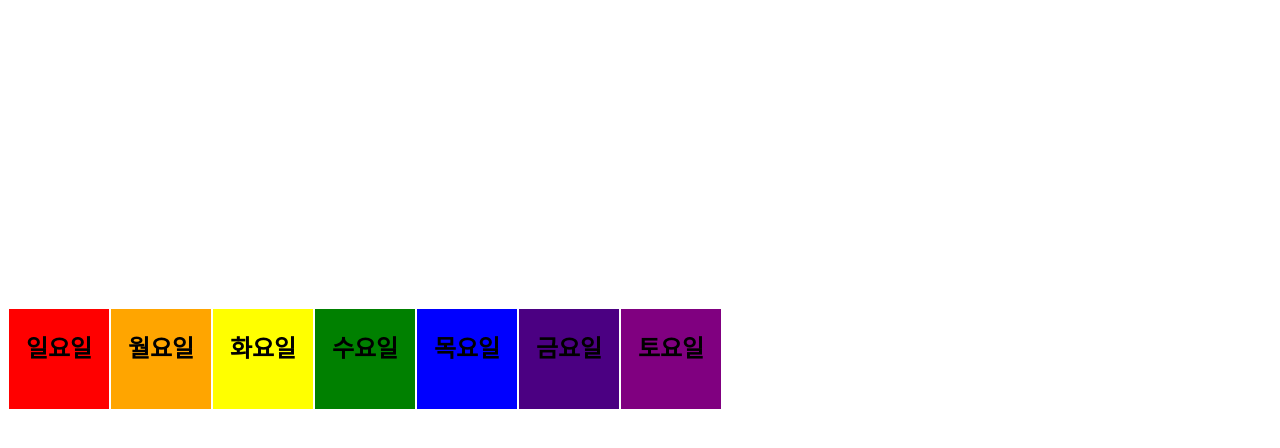
Repository: skim24245/web_workspace_src
Page: Lecture-Web/src/main/webapp/Jquery/html05.html
The author's editor kept a copy of each file at every save. The page is drawn from the files as they stood at one save, then again after the next save.
The browser window is 1280 px wide. The pictures show the whole page.

Above is the page before, as saved 2022-05-30 10:11:01.

### Lecture-Web/src/main/webapp/Jquery/html05.html
<!DOCTYPE html>
<html>
<head>
<meta charset="UTF-8">
<title>Insert title here</title>

<style>
div {
	height: 100px;
	width: 100px;
	float: left;
	display: flex;
	justify-content: center;
	align-content: center;
	border: 1px solid white;
	margin-top: 300px;
}

h2 {
	text-align: center;
}

.sun {
	width: 100px;
	height: 100px;
	background-color: red;
	position: relative;
}

.mon {
	width: 100px;
	height: 100px;
	background-color: orange;
	position: relative;
}

.tue {
	width: 100px;
	height: 100px;
	background-color: yellow;
	position: relative;
}

.wed {
	width: 100px;
	height: 100px;
	background-color: green;
	position: relative;
}

.thu {
	width: 100px;
	height: 100px;
	background-color: blue;
	position: relative;
}

.fri {
	width: 100px;
	height: 100px;
	background-color: indigo;
	position: relative;
}

.sat {
	width: 100px;
	height: 100px;
	background-color: purple;
	position: relative;
}

.sun {
	width: 100px;
	height: 100px;
	background-color: red;
	position: relative;
}
</style>
<script src="https://code.jquery.com/jquery-3.6.0.js"></script>

<script>
	$(document).ready(function() {

		$('.sun').mouseover(function() {
			$(this).css("width", "150px")
			$(this).css("height", "150px")
			$(this).html("일요일")
		})

		$('.sun').mouseleave(function() {
			$(this).css("width", "50px")
			$(this).css("height", "50px")
			$(this).html("일요일")
		})

		$('.mon').mouseover(function() {
			$(this).css("width", "150px")
			$(this).css("height", "150px")
			$(this).html("월요일")
		})

		$('.mon').mouseleave(function() {
			$(this).css("width", "50px")
			$(this).css("height", "50px")
			$(this).html("월요일")
		})

		$('.tue').mouseover(function() {
			$(this).css("width", "150px")
			$(this).css("height", "150px")
			$(this).html("화요일")
		})

		$('.tue').mouseleave(function() {
			$(this).css("width", "50px")
			$(this).css("height", "50px")
			$(this).html("화요일")
		})
		$('.wed').mouseover(function() {
			$(this).css("width", "150px")
			$(this).css("height", "150px")
			$(this).html("수요일")
		})

		$('.wed').mouseleave(function() {
			$(this).css("width", "50px")
			$(this).css("height", "50px")
			$(this).html("수요일")
		})

		$('.thu').mouseover(function() {
			$(this).css("width", "150px")
			$(this).css("height", "150px")
			$(this).html("목요일")
		})

		$('.thu').mouseleave(function() {
			$(this).css("width", "50px")
			$(this).css("height", "50px")
			$(this).html("목요일")
		})
		$('.fri').mouseover(function() {
			$(this).css("width", "150px")
			$(this).css("height", "150px")
			$(this).html("금요일")
		})
		$('.fri').mouseleave(function() {
			$(this).css("width", "50px")
			$(this).css("height", "50px")
			$(this).html("금요일")
		})
		$('.sat').mouseover(function() {
			$(this).css("width", "150px")
			$(this).css("height", "150px")
			$(this).html("토요일")
		})
		$('.sat').mouseleave(function() {
			$(this).css("width", "50px")
			$(this).css("height", "50px")
			$(this).html("토요일")
		})
	})
</script>
</head>
<body>

	<div class="sun">
		<h2>일요일
	</div>
	<div class="mon">
		<h2>월요일
	</div>
	<div class="tue">
		<h2>화요일
	</div>
	<div class="wed">
		<h2>수요일
	</div>
	<div class="thu">
		<h2>목요일
	</div>
	<div class="fri">
		<h2>금요일
	</div>
	<div class="sat">
		<h2>토요일
	</div>


</body>
</html>

After the next save:
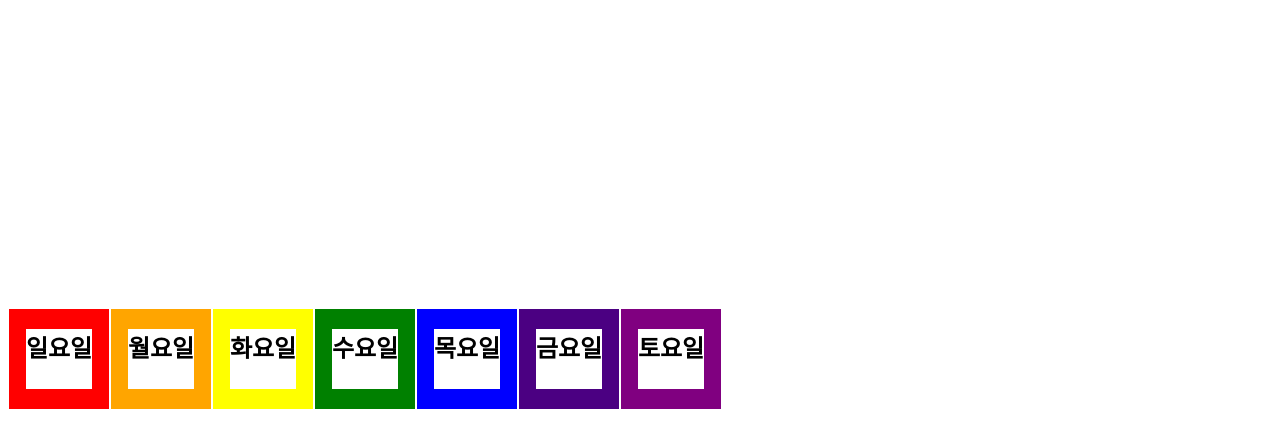
Saved 18 s later.
--- a/Lecture-Web/src/main/webapp/Jquery/html05.html
+++ b/Lecture-Web/src/main/webapp/Jquery/html05.html
@@ -18,6 +18,7 @@
 
 h2 {
 	text-align: center;
+	background-color:white;
 }
 
 .sun {

After the 2 saves that followed:
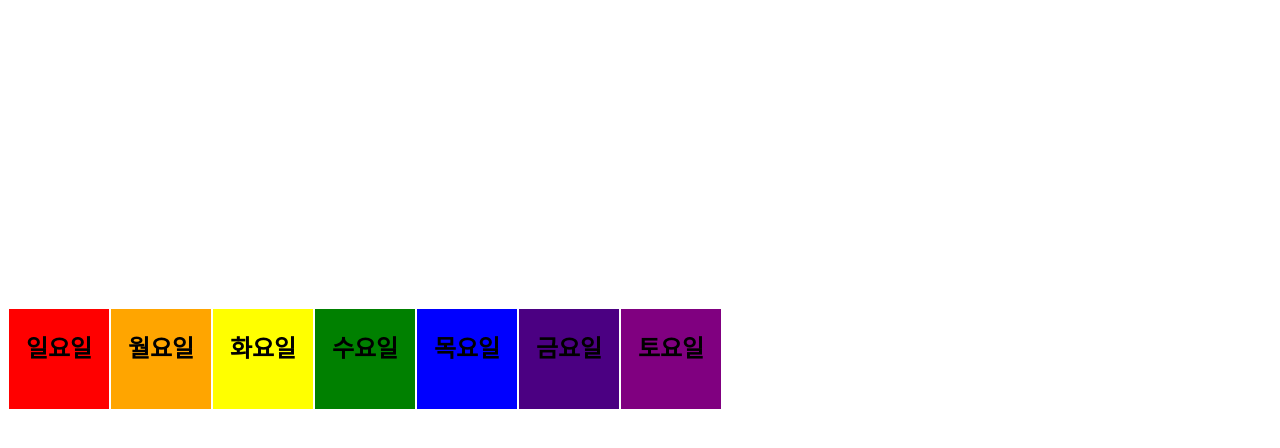
The 2 saves are shown as one change because 1 left the picture as it was.
The last was saved 36 s later.
--- a/Lecture-Web/src/main/webapp/Jquery/html05.html
+++ b/Lecture-Web/src/main/webapp/Jquery/html05.html
@@ -18,7 +18,6 @@
 
 h2 {
 	text-align: center;
-	background-color:white;
 }
 
 .sun {
